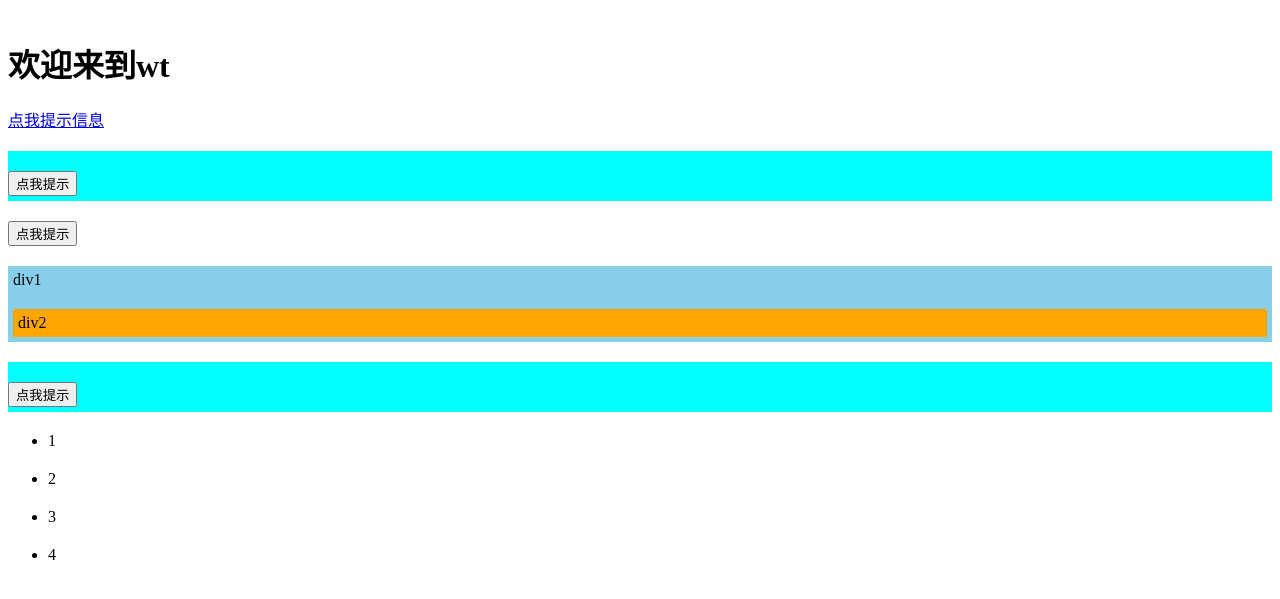
Repository: reggiepy/vueLeaning
Page: 07 事件处理/2 事件修饰符.html
An editor plug-in stored every save of this project. The page is shown before and after the next save, followed by the edit.
The browser window is 1280 px wide. The pictures show the whole page.

Above is the page before, as saved 2021-12-05 18:45:09.

After the next save:
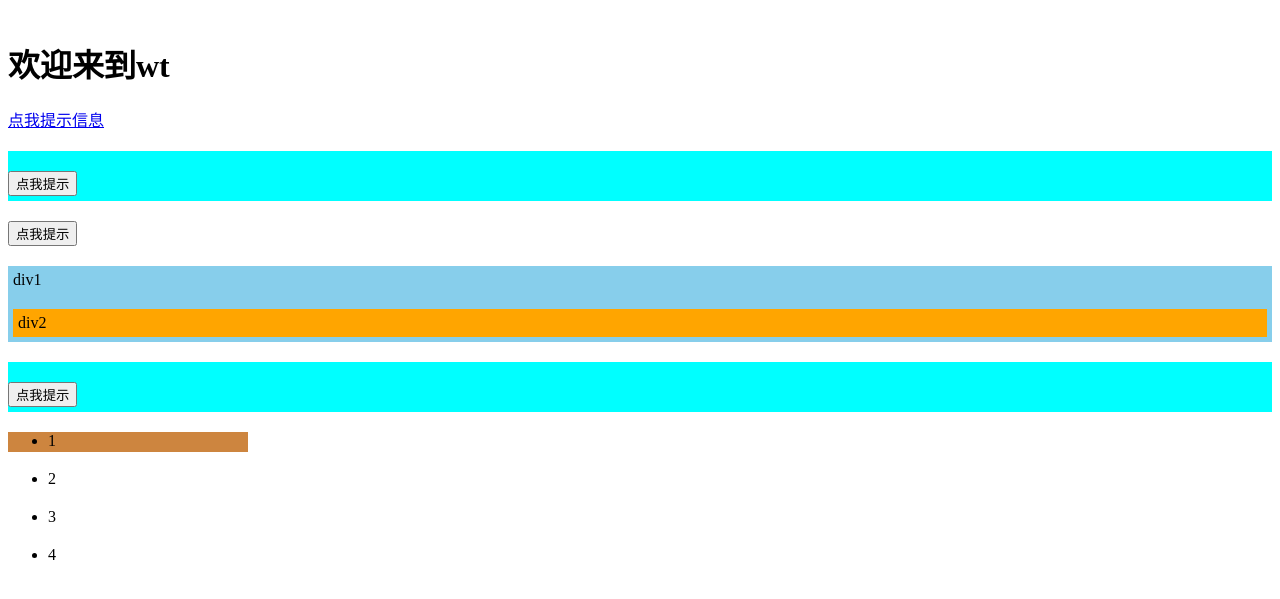
Saved 38 s later.
--- a/07 事件处理/2 事件修饰符.html
+++ b/07 事件处理/2 事件修饰符.html
@@ -1,81 +1,86 @@
 <!DOCTYPE html>
 <html lang="en">
-<head>
-    <meta charset="UTF-8">
-    <meta http-equiv="X-UA-Compatible" content="IE=edge">
-    <meta name="viewport" content="width=device-width, initial-scale=1.0">
+  <head>
+    <meta charset="UTF-8" />
+    <meta http-equiv="X-UA-Compatible" content="IE=edge" />
+    <meta name="viewport" content="width=device-width, initial-scale=1.0" />
     <title>事件修饰符</title>
     <script type="text/javascript" src="../js/vue.js"></script>
     <style>
-        *{
-            margin-top: 20px;
-        }
-        .demon1{
-            height: 50px;
-            background-color: aqua;
-        }
-        .box1 {
-            padding: 5px;
-            background-color: skyblue;
-        }
-        .box2{
-            padding: 5px;
-            background-color: orange;
-        }
+      * {
+        margin-top: 20px;
+      }
+      .demon1 {
+        height: 50px;
+        background-color: aqua;
+      }
+      .box1 {
+        padding: 5px;
+        background-color: skyblue;
+      }
+      .box2 {
+        padding: 5px;
+        background-color: orange;
+      }
+      .list {
+        width: 200px;
+        height: 20px;
+        background-color: peru;
+    }
     </style>
-</head>
-<body>
+  </head>
+  <body>
     <div id="root">
-        <h1>欢迎来到{{name}}</h1>
-        <!-- 1. 组织默认事件 -->
-        <a href="https://www.baidu.com" @click.prevent="showInfo">点我提示信息</a>
+      <h1>欢迎来到{{name}}</h1>
+      <!-- 1. 组织默认事件 -->
+      <a href="https://www.baidu.com" @click.prevent="showInfo">点我提示信息</a>
 
-        <!-- 2. 组织事件冒泡 （常用）-->
-        <div class="demon1" @click="showInfo">
-            <button @click.stop="showInfo">点我提示</button>
-        </div>
+      <!-- 2. 组织事件冒泡 （常用）-->
+      <div class="demon1" @click="showInfo">
+        <button @click.stop="showInfo">点我提示</button>
+      </div>
 
-        <!-- 3. 事件只触发一次 （常用） -->
-        <button @click.once="showInfo">点我提示</button>
+      <!-- 3. 事件只触发一次 （常用） -->
+      <button @click.once="showInfo">点我提示</button>
 
-        <!-- 4. 使用事件的捕获模式 （常用）-->
-        <div class="box1" @click.capture="showMsg(1)">
-            div1
-            <div class="box2" @click="showMsg(2)">div2</div>
-        </div>
+      <!-- 4. 使用事件的捕获模式 （常用）-->
+      <div class="box1" @click.capture="showMsg(1)">
+        div1
+        <div class="box2" @click="showMsg(2)">div2</div>
+      </div>
 
-        <!-- 5. 只用event.target 是当前操作元素时候才触发的事件 -->
-        <div class="demon1" @click.self="showInfo">
-            <button @click="showInfo">点我提示</button>
-        </div>
+      <!-- 5. 只用event.target 是当前操作元素时候才触发的事件 -->
+      <div class="demon1" @click.self="showInfo">
+        <button @click="showInfo">点我提示</button>
+      </div>
 
-        <!-- 事件默认立即执行，无需等待事件回调执行完毕 -->
-        <ul class="list">
-            <li>1</li>
-            <li>2</li>
-            <li>3</li>
-            <li>4</li>
-        </ul>
+      <!-- 事件默认立即执行，无需等待事件回调执行完毕 -->
+      <ul class="list">
+        <li>1</li>
+        <li>2</li>
+        <li>3</li>
+        <li>4</li>
+      </ul>
     </div>
-</body>
-<script>
+  </body>
+  <script>
     Vue.config.productionTip = false;
     const vm = new Vue({
-        el: "#root",
-        data: {
-            name: "wt"
-       },
-       methods: {
-           showInfo(e){
-            //    e.preventDefault()
-            // e.stopPropagation()
-            //    alert("同学你好！")
-            console.log(e.target)
-           },
-           showMsg(msg){
-               console.log(msg)
-           }
-       }
-    })
-</script>
+      el: "#root",
+      data: {
+        name: "wt",
+      },
+      methods: {
+        showInfo(e) {
+          //    e.preventDefault()
+          // e.stopPropagation()
+          //    alert("同学你好！")
+          console.log(e.target);
+        },
+        showMsg(msg) {
+          console.log(msg);
+        },
+      },
+    });
+  </script>
 </html>
